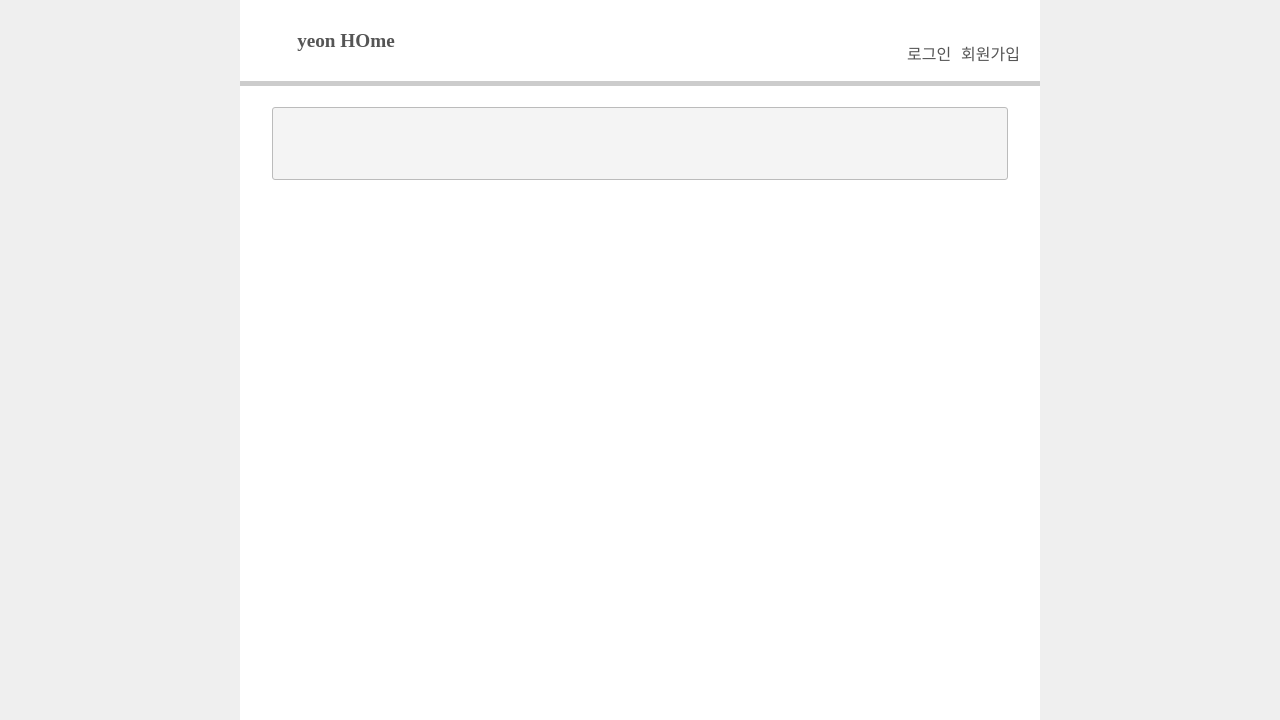
Repository: yeonhwa323/webPro
Page: webPro/src/main/webapp/javascript/days07/ex04.html
An editor plug-in stored every save of this project. The page is shown before and after the next save, followed by the edit.
The browser window is 1280 px wide. The pictures show the whole page.
Some web fonts or font styles are not loaded; a fallback is used.

Above is the page before, as saved 2024-04-15 00:35:15.

### webPro/src/main/webapp/javascript/days07/ex04.html
<!DOCTYPE html>
<html>
<head>
<meta charset="UTF-8">
<meta name="viewport" content="width=device-width, initial-scale=1.0">
<title>Insert title here</title>
<link rel="shortcut icon" type="image/x-icon" href="http://localhost/webPro/images/SiSt.ico">
<script src="https://ajax.googleapis.com/ajax/libs/jquery/3.7.1/jquery.min.js"></script>
<link rel="stylesheet" href="http://localhost/webPro/resources/cdn-main/example.css">
<script src="http://localhost/webPro/resources/cdn-main/example.js"></script>
<style>
 span.material-symbols-outlined{
   vertical-align: text-bottom;
 }
</style>
</head>
<body>
<header>
  <h1 class="main"><a href="#" style="position: absolute;top:30px;">yeon HOme</a></h1>
  <ul>
    <li><a href="#">로그인</a></li>
    <li><a href="#">회원가입</a></li>
  </ul>
</header>
<div>
  <xmp class="code">

  </xmp>
</div>
</body>
</html>

### webPro/src/main/webapp/resources/cdn-main/example.css
@charset "UTF-8";

@import url('https://fonts.googleapis.com/css2?family=Material+Symbols+Outlined:opsz,wght,FILL,GRAD@20..48,100..700,0..1,-50..200');

@font-face {
    font-family: 'GmarketSansMedium';
    src: url('https://cdn.jsdelivr.net/gh/projectnoonnu/noonfonts_2001@1.1/GmarketSansMedium.woff') format('woff');
    font-weight: normal;
    font-style: normal;
}

:root {
	--text-color: #555;
	--sub-text-color: #777;
	--back-color: #EFEFEF;
	--header-color: #444;
	--primary-color: #DEDEDE;
	--secondary-color: #EFEFEF;
	--default-width: 800px;
	--narrow-width: 500px;
	--wide-width: 1200px;
	--text-font: 'GmarketSansMedium';
	--icon-font: 'Material Symbols Outlined';
	--border-color: #CCC;
}

html, body {
	margin: 0;
	padding: 0;
}

html {
	background-color: var(--back-color);
	display: flex;
	justify-content: center;
	min-height: 100vh;
}

body, body.default {
	width: var(--default-width);
	background-color: white;
	padding-bottom: 120px;
}

body.wide {
	width: var(--wide-width);
}

body.narrow {
	width: var(--narrow-width);
}



body, p, div, span, a, input, select, option, textarea, button, table, th, td, label, fieldset, legend {
	font-family: var(--text-font);
	color: var(--text-color);
}

h1, h2, h3 {
	font-family: var(--text-font);
	color: var(--header-color);
	padding: 0 1rem;
	padding-top: .5rem;
}

div > h1, div > h2, div > h3 {
	padding: 0;
}

body > div, body > main > div {
	padding: 0.3rem 1rem;
}


h1 { font-size: 2rem; border-bottom: 1px solid var(--border-color); }
h1 small { font-size: 1.2rem; color: var(--sub-text-color); }
h2 { font-size: 1.5rem; border-bottom: 1px dashed var(--border-color); }
h2 small { font-size: 1.1rem; color: --sub-text-color; }
h3 { font-size: 1.2rem; }
h3 small { font-size: 1rem; color: --sub-text-color; }



h1.main::before {
	font-family: var(--icon-font);
  	content: '\e666';
  	margin-right: 10px;
  	float: left;
	font-size: 2.5rem;
}

h1.sub::before {
	font-family: var(--icon-font);
  	content: '\ea19';
  	margin-right: 10px;
  	float: left;
	font-size: 2.5rem;
}


h1.page::before {
	font-family: var(--icon-font);
  	content: '\e0e0';
  	margin-right: 10px;
  	float: left;
	font-size: 2.5rem;
}

body > header > ul > li > .active{
	background-color: #FFF;
	color:#F00;
}

body > header {
	display: flex;
	justify-content: space-between;
	border-bottom: 5px solid var(--border-color);
	min-height: 74px;
	background-color: #FFF;
}

body > header.sticky {
	position: sticky;
	top: 0;
	z-index: 98;
}

body > header > h1 {
	font-size: 1.2rem;
	border: 0;
}

body > header.in > h1::before {
	font-family: var(--icon-font);
  	content: '\e332‥';
  	margin-right: 3px;
  	float: left;
	font-size: 2rem;
}


body > header > ul {
	list-style-type: none;
	display: flex;
	align-items: flex-end;
	margin-right: 10px;
}

body > header > ul > li {
	margin-right: 10px;
	cursor: pointer;
}

body > header > ul > li > a {
	cursor: pointer;
}


form {
	display: block;
}

form > div {
	padding: 0.3rem 1rem;
}

div > form > div {
	padding: 0.3rem 0;
}

input, textarea, button, select {
	border: 1px solid #BBB;
	border-radius: 3px;
	outline: none;
	resize: none;
	padding: 7px;
	margin: 0;
}

input[type=text]:read-only, textarea:read-only {
	cursor: not-allowed;
	background-color: #FFF;
}

input[type=text]:disabled, textarea:disabled {
	cursor: not-allowed;
	background-color: #EEE;
}

input[type=text], input[type=password], textarea, button, select {
	/* width: 300px; */
}

textarea {
	display: block;
	height: 100px;
}

input[type=button], input[type=submit], button {
	/* width: inherit; */
}

input.short, textarea.short, button.short, select.short {
	width: 100px;
}

input.long, textarea.long, button.long, select.long {
	width: 350px;
}

.narrow input.long, .narrow textarea.long, .narrow button.long, .narrow select.long {
	width: calc(100% - 20px);
}

input.full, textarea.full, button.full, select.full {
	width: calc(100% - 20px);
}

textarea.short {
	height: 50px;
}

textarea.long {
	height: 100px;
}

textarea.full {
	height: 200px;
}

input, textarea {
	padding-top: 8px;
}

input[type=button], input[type=submit], button {
	padding: 5px 10px;
	background-color: var(--secondary-color);
	cursor: pointer;
	min-height: 36px;
}

input[type=button].primary, input[type=submit].primary, button.primary {
	/* background-color: rgba(100, 149, 237, .2); */
	background-color: var(--primary-color);
}

input[type=button].primary:hover, input[type=submit].primary:hover, button.primary:hover {
	/* background-color: rgba(100, 149, 237, .3); */
	background-color: var(--secondary-color);
}

input[type=button]:hover, input[type=submit]:hover, button:hover {
	background-color: var(--primary-color);
}

button {
	position: relative;
	left: 0;
	top: 0;
	padding-left: 35px;
}

button .material-symbols-outlined {
	position: absolute;
	left: 10px;
	top: 4px;
}

/* k2nik add */
button.login::before {
	font-family: var(--icon-font);
  	content: '\ea77';
	position: absolute;
	left: 11px;
	top: 4px;
	font-size: 1.25rem;
}

/* k2nik logout */
button.logout::before {
	font-family: var(--icon-font);
  	content: '\e9ba';
	position: absolute;
	left: 11px;
	top: 4px;
	font-size: 1.25rem;
}

/* k2nik help */
button.help::before {
	font-family: var(--icon-font);
  	content: '\f1c0';
	position: absolute;
	left: 11px;
	top: 4px;
	font-size: 1.25rem;
}

button.add::before{
	font-family: var(--icon-font);
  	content: '\e746';
	position: absolute;
	left: 11px;
	top: 4px;
	font-size: 1.25rem;
}

button.back::before {
	font-family: var(--icon-font);
  	content: '\e166';
	position: absolute;
	left: 11px;
	top: 4px;
	font-size: 1.25rem;
}

button.list::before {
	font-family: var(--icon-font);
  	content: '\e0ee';
	position: absolute;
	left: 11px;
	top: 4px;
	font-size: 1.25rem;
}


button.del::before {
	font-family: var(--icon-font);
  	content: '\e872';
	position: absolute;
	left: 11px;
	top: 4px;
	font-size: 1.25rem;
}


button.edit::before {
	font-family: var(--icon-font);
  	content: '\e745';
	position: absolute;
	left: 11px;
	top: 4px;
	font-size: 1.25rem;
}


button.login::before {
	font-family: var(--icon-font);
  	content: '\ea77';
	position: absolute;
	left: 11px;
	top: 4px;
	font-size: 1.25rem;
}


button.logout::before {
	font-family: var(--icon-font);
  	content: '\e9ba';
	position: absolute;
	left: 11px;
	top: 4px;
	font-size: 1.25rem;
}


button.in::before {
	font-family: var(--icon-font);
  	content: '\f71a';
	position: absolute;
	left: 11px;
	top: 4px;
	font-size: 1.25rem;
}


button.out::before {
	font-family: var(--icon-font);
  	content: '\f70e';
	position: absolute;
	left: 11px;
	top: 4px;
	font-size: 1.25rem;
}


button.reply::before {
	font-family: var(--icon-font);
  	content: '\e15e';
	position: absolute;
	left: 11px;
	top: 4px;
	font-size: 1.25rem;
}


button.comment::before {
	font-family: var(--icon-font);
  	content: '\e0b9';
	position: absolute;
	left: 11px;
	top: 4px;
	font-size: 1.25rem;
}


button.modal::before {
	font-family: var(--icon-font);
  	content: '\e89e';
	position: absolute;
	left: 11px;
	top: 4px;
	font-size: 1.25rem;
}


button.ok::before {
	font-family: var(--icon-font);
  	content: '\e86c';
	position: absolute;
	left: 11px;
	top: 4px;
	font-size: 1.25rem;
}


button.cancel::before {
	font-family: var(--icon-font);
  	content: '\e5c9';
	position: absolute;
	left: 11px;
	top: 4px;
	font-size: 1.25rem;
}

button.search::before {
	font-family: var(--icon-font);
  	content: '\e8b6';
	position: absolute;
	left: 11px;
	top: 4px;
	font-size: 1.25rem;
}

button.home::before {
	font-family: var(--icon-font);
  	content: '\e88a';
	position: absolute;
	left: 11px;
	top: 4px;
	font-size: 1.25rem;
}


button.sidebar::before {
	font-family: var(--icon-font);
  	content: '\f7e4';
	position: absolute;
	left: 11px;
	top: 4px;
	font-size: 1.25rem;
}


button.sidebar-right::before {
	font-family: var(--icon-font);
  	content: '\f7e5';
	position: absolute;
	left: 11px;
	top: 4px;
	font-size: 1.25rem;
}




button::before {
	font-family: var(--icon-font);
  	content: '\e323';
	position: absolute;
	left: 11px;
	top: 4px;
	font-size: 1.25rem;
}


table {
	border-collapse: collapse;
	margin: 1rem;
	box-sizing: border-box;
	width: calc(100% - 32px);
}

table.content {
	width: auto;
}

div > table {
	margin: 0;
}

table th, table td {
	border: 1px solid var(--border-color);
	padding: 7px;
	font-weight: normal;
}

table th {
	background-color: var(--back-color);
}

table.vertical th {
	width: 150px;
}

table.vertical td {
	width: calc(100% - 182px);
	padding-left: 10px;
}

table.content td, table.content th {
	width: auto;
}

body.narrow table.vertical th {
	width: 100px;
}

body.narrow table.vertical td {
	width: calc(100% - 182px);
}


table + table {
	margin-top: 30px;
}


p {
	padding: 0 1rem;
}

a {
	text-decoration: none;
}

a:hover {
	color: rgba(255, 99, 71, .7);
}

hr {
	border: 0;
	border-top: 1px solid var(--border-color);
	margin: 2rem 0;
}

.message {
	border: 1px solid var(--border-color);
	background-color: #EFEFEF;
	margin: 1rem;
	width: auto;
	padding-top: 10px;
	padding-bottom: 10px;
	font-size: 14px;
}

.message[title]::before {
	content: attr(title);
	display: block;
	border-bottom: 1px solid var(--border-color);
	padding-bottom: 5px;
	margin-bottom: 10px;
	margin-top: 7px;
}

.message.short {
	max-width: 250px;
}

.message.long {
	max-width: 500px;
}

.badge {
	float: right;
	font-size: .8rem;
	margin-top: 2px;
	margin-right: 2px;
	text-shadow: 0 0 7px gray;
}

.badge.left {
	float: none;
	margin-left: 2px;
}

.badge.right {
	float: right;
}

.badge.red {
	border-radius: 50%;
	padding: 2px 5px;
	background-color: rgb(255, 99, 71, .3);
}

.badge.yellow {

	border-radius: 50%;
	padding: 2px 5px;
	background-color: rgb(255, 215, 0, .5);
}

.badge.blue {
	border-radius: 50%;
	padding: 2px 5px;
	background-color: rgb(100, 149, 237, .3);
}

label + label {
	margin-left: 7px;
}

label input[type=checkbox], label input[type=radio] {
	transform: translate(0, 1px);
}

.group {
	display: flex;
}

.modal-content .group {
	margin-bottom: .5rem;
}

.group label {
	border: 1px solid #BBB;
	border-radius: 3px;
	outline: none;
	resize: none;
	padding: 7px 14px;
	margin: 0;
	border-top-right-radius: 0;
	border-bottom-right-radius: 0;
	background-color: #EFEFEF;
	white-space: nowrap;
	font-size: 14px;
}

.group input[type=text] {
	margin-left: -1px;
	border-top-left-radius: 0;
	border-bottom-left-radius: 0;
}

.group select {
	margin-left: -1px;
	border-top-left-radius: 0;
	border-bottom-left-radius: 0;
}

.group input.full[type=text] {
	margin-left: -1px;
	border-top-left-radius: 0;
	border-bottom-left-radius: 0;
	width: 100%;
}

.group input[type=button]:first-child, .group button:first-child {
	border-top-left-radius: 3px;
	border-bottom-left-radius: 3px;
	margin-left: 0px;
}

.group input[type=button], .group button {
	border-radius: 0;
	margin-left: -1px;
}

.group input[type=button]:last-child, .group button:last-child {
	margin-left: -1px;
	border-top-right-radius: 3px;
	border-bottom-right-radius: 3px;
}

.seperate {
	display: flex;
	justify-content: space-between;
}

div.list {
	width: max-content;
	margin: 1rem;
	border: 1px solid #BBB;
	border-radius: 3px;
	padding: 0;
}

div.list.full {
	width: auto;
	display: block;
	margin: 1rem;
	border: 1px solid #BBB;
	border-radius: 3px;
	padding: 0;
}

div.list > div {
	padding: .5rem 1rem;
	margin: 0;
	border-bottom: 1px solid #BBB;
}

div.list > div:last-child {
	border-bottom: 0;
}

pre.code , xmp.code{
	font-family: consols;
	background-color: rgba(150, 150, 150, .1);
	border: 1px solid #BBB;
	border-radius: 3px;
	padding: .5rem 1rem;
	padding-bottom: .6rem;
	margin: 1rem;
}




*[data-modal-window] {
	position: fixed;
	background-color: rgba(0, 0, 0, .3);
	left: 0;
	top: 0;
	display: none;
	justify-content: center;
	align-items: flex-start;
	width: 100%;
	min-height: 100vh;
	z-index: 100;
	opacity: 0;
	transition: 500ms all;
}

*[data-modal-window] .modal-container {
	border-radius: 5px;
	padding: 1rem;
	padding-bottom: .5rem;
	margin-top: -500px;
	opacity: 0;
	width: 500px;
	background-color: #FFF;
	margin-right: 2rem;
	transition: 500ms all;
}

*[data-modal-size=content] .modal-container {
	width: auto;
}

*[data-modal-size=narrow] .modal-container {
	width: 300px;
}

*[data-modal-size=wide] .modal-container {
	width: 760px;
}


*[data-modal-window] .modal-header {
	border-bottom: 1px solid var(--border-color);
	padding: 2px 5px;
}

*[data-modal-window] .modal-content {
	padding: 1rem 5px;
}

*[data-modal-window] .modal-content div:last-child {
	margin-top: 1rem;
	text-align: right;
}



*[data-sidebar-window] {
	position: fixed;
	background-color: #FFF;
	left: 0;
	top: 0;
	display: block;
	width: 300px;
	border-right: 1px solid var(--border-color);
	box-sizing: border-box;
	box-shadow: 0 0 3px var(--back-color);
	min-height: 100vh;
	z-index: 99;
	transform: translate(-300px, 0);
	transition-duration: 500ms;
	transition-property: transform;
}

*[data-sidebar-direction=right] {
	left: auto;
	right: 0;
	transform: translate(300px, 0);
	border-left: 1px solid var(--border-color);
}

*[data-sidebar-size=wide] {
	width: 500px;
	transform: translate(-500px, 0);
}

*[data-sidebar-window] .sidebar-title {
	border-bottom: 1px solid var(--border-color);
	margin-top: 20px;
	margin-bottom: 20px;
	padding-bottom: 5px;
	display: flex;
	justify-content: space-between;
}

*[data-sidebar-window] .sidebar-title span:last-child {
	cursor: pointer;
}


/* K2Nik pagination */
.center {
  text-align: center;
}

.pagination {
  display: inline-block;
}

.pagination a {
  color: black;
  float: left;
  padding: 3px 6px;
  text-decoration: none;
  transition: background-color .3s;
  border: 1px solid #ddd;
  margin: 0 3px;
}

.pagination a.active {
  background-color: #4CAF50;
  color: white;
  border: 1px solid #4CAF50;
}

.pagination a:hover:not(.active) {background-color: #ddd;}

### webPro/src/main/webapp/resources/cdn-main/example.js

window.onload = () => {

    const list = document.querySelectorAll('input, textarea');

    list.forEach(item => {
        item.setAttribute('autocomplete', 'off');
    });


    const modal_btn_list = document.querySelectorAll('*[data-modal-button]');

    modal_btn_list.forEach(item => {
        item.onclick = function() {

            const name = this.dataset['modalButton'];
            const modal_window = document.querySelector('*[data-modal-window=' + name);

            const container = document.createElement('div');
            container.className = 'modal-container';



            const modal_header = document.createElement('div');
            modal_header.textContent = modal_window.dataset['modalTitle'];
            modal_header.className = 'modal-header';
            container.appendChild(modal_header);

            const modal_content = document.createElement('div');
            modal_content.className = 'modal-content';
            container.appendChild(modal_content);

            Array.from(modal_window.childNodes).forEach(item => {
                modal_content.appendChild(item);
            });

            modal_window.appendChild(container);

            modal_window.style.display = 'flex';

            setTimeout(() => {
                modal_window.style.opacity = 1;
                container.style.marginTop = '20px';
                container.style.opacity = 1;
            }, 50);


            const modal_ok = document.querySelector('*[data-modal-ok=' + name);
            modal_ok.addEventListener('click', function() {
                modal_window.style.opacity = 0;
                container.style.marginTop = '-500px';
                container.style.opacity = 0;

                setTimeout(() => {
                    modal_window.innerHTML = modal_content.innerHTML;
                    modal_window.style.display = 'none';
                }, 500);

            });

            const modal_cancel = document.querySelector('*[data-modal-cancel=' + name);
            modal_cancel.addEventListener('click', function() {

                modal_window.style.opacity = 0;
                container.style.marginTop = '-500px';
                container.style.opacity = 0;

                setTimeout(() => {
                    modal_window.innerHTML = modal_content.innerHTML;
                    modal_window.style.display = 'none';
                }, 500);
            });


        };
    });


    const sidebar_btn_list = document.querySelectorAll('*[data-sidebar-button]');

    sidebar_btn_list.forEach(item => {
        item.onclick = function() {



            const name = this.dataset['sidebarButton'];
            const sidebar_window = document.querySelector('*[data-sidebar-window=' + name);

            if (sidebar_window.style.transform == 'translate(0px, 0px)') return;



            sidebar_window.style.transform = 'translate(0, 0)';

            const sidebar_title = document.createElement('div');
            sidebar_title.className = 'sidebar-title';
            sidebar_title.innerHTML = '<span>' + sidebar_window.dataset['sidebarTitle'] + '</span><span class="material-symbols-outlined">close</span>';

            sidebar_title.children[1].onclick = function() {

                let sign = 1;
                let distance = 300;

                if (sidebar_window.dataset['sidebarDirection'] != 'right') {
                    sign = -1;
                } else {
                    sign = 1;
                }

                if (sidebar_window.dataset['sidebarSize'] != 'wide') {
                    distance = 300;
                } else {
                    distance = 500;
                }

                distance *= sign;

                sidebar_window.style.transform = 'translate(' + distance + 'px, 0)';

                setTimeout(function() {
                    sidebar_window.removeChild(sidebar_window.children[0]);
                }, 500);
            };


            sidebar_window.prepend(sidebar_title);

        }
    });

};

// window.onkeydown = function(event) {

//     if (event.keyCode == 27) {
//         if (document.querySelector('[data-modal-window').style.display == 'flex') {
//             document.querySelector('[data-modal-window').style.display = 'none';
//         }
//     }

// };

After the next save:
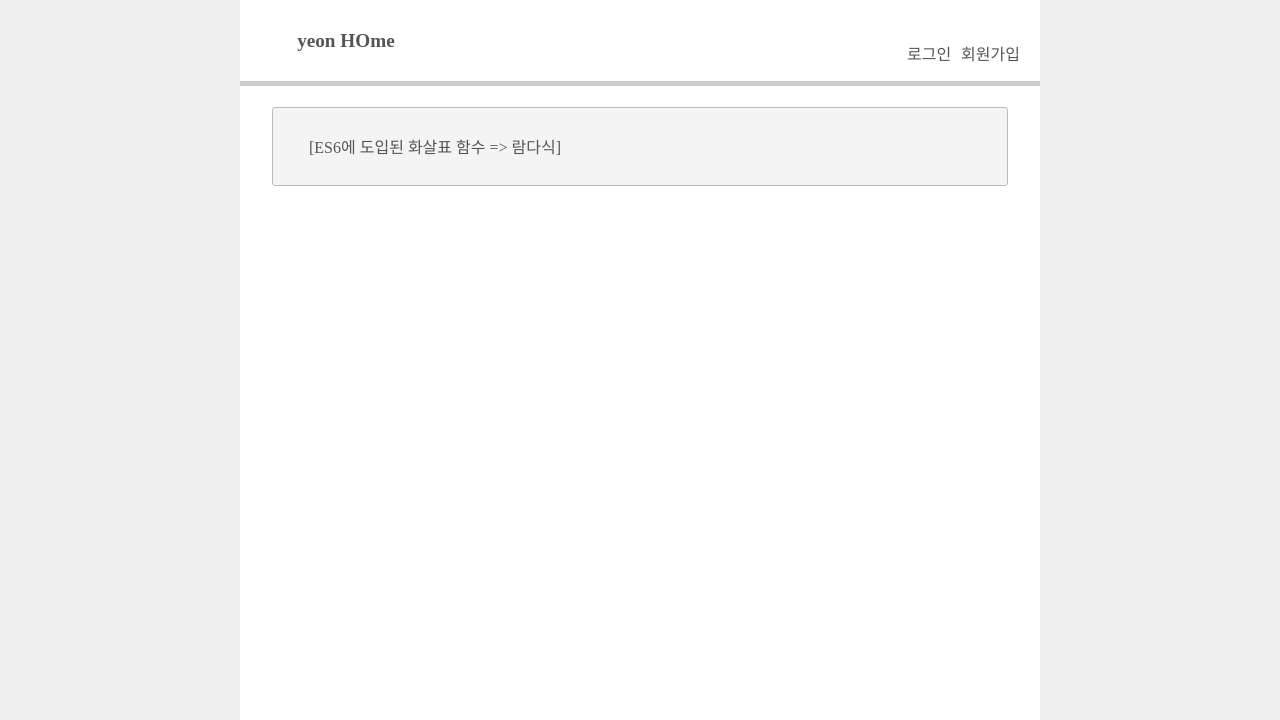
Saved 34 s later.
--- a/webPro/src/main/webapp/javascript/days07/ex04.html
+++ b/webPro/src/main/webapp/javascript/days07/ex04.html
@@ -24,8 +24,9 @@
 </header>
 <div>
   <xmp class="code">
-
+     [ES6에 도입된 화살표 함수 => 람다식]
   </xmp>
 </div>
+
 </body>
 </html>
